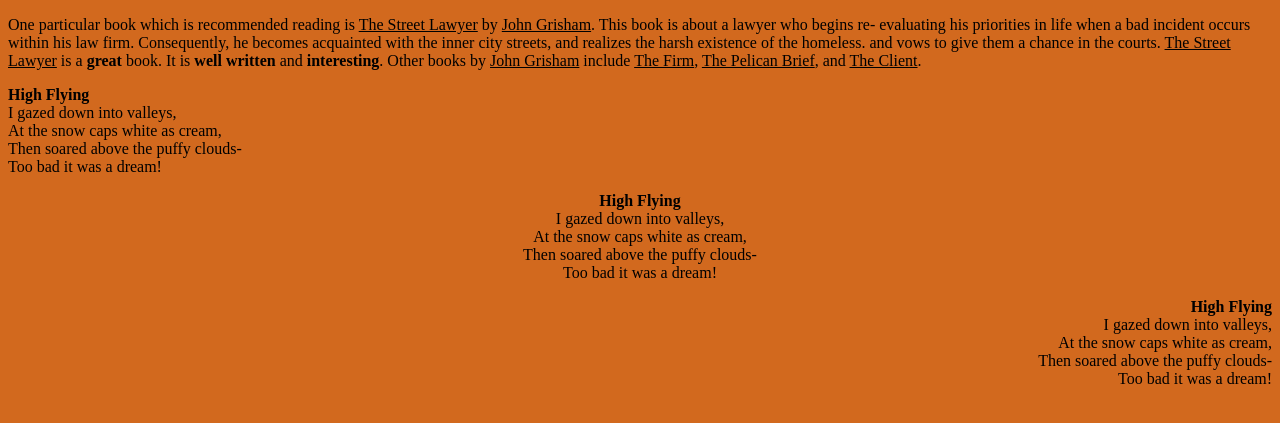
Repository: NguyenPhuSang21023391/HTCNWeb_T1-2
Page: TH_Tuan01/html/bai03.html
The author's editor kept a copy of each file at every save. The page is drawn from the files as they stood at one save, then again after the next save.
The browser window is 1280 px wide. The pictures show the whole page.

Above is the page before, as saved 2023-02-19 16:36:02.

### TH_Tuan01/html/bai03.html
<!DOCTYPE html>
<html lang="en">
  <head>
    <meta charset="UTF-8" />
    <meta http-equiv="X-UA-Compatible" content="IE=edge" />
    <meta name="viewport" content="width=device-width, initial-scale=1.0" />
    <title>Document</title>
  </head>
  <body>
    <body bgcolor="chocolate">
    <p>
      One particular book which is recommended reading is
      <u>The Street Lawyer</u> by <u>John Grisham</u>. This book is about a
      lawyer who begins re- evaluating his priorities in life when a bad
      incident occurs within his law firm. Consequently, he becomes acquainted
      with the inner city streets, and realizes the harsh existence of the
      homeless. and vows to give them a chance in the courts.
      <u>The Street Lawyer</u> is a <b>great</b> book. It is
      <b>well written</b> and <b>interesting</b>. Other books by
      <u>John Grisham</u> include <u>The Firm</u>, <u>The Pelican Brief</u>, and
      <u>The Client</u>.
    </p>

    <p style="text-align: left">
      <b>High Flying</b> <br />I gazed down into valleys, <br />At the snow caps
      white as cream,<br />Then soared above the puffy clouds- <br />Too bad it
      was a dream!
    </p>

    <p style="text-align: center">
      <b>High Flying</b> <br />I gazed down into valleys, <br />At the snow caps
      white as cream,<br />Then soared above the puffy clouds- <br />Too bad it
      was a dream!
    </p>

    <p style="text-align: right">
      <b>High Flying</b> <br />I gazed down into valleys, <br />At the snow caps
      white as cream,<br />Then soared above the puffy clouds- <br />Too bad it
      was a dream!
    </p>
  </body>
</html>

After the next save:
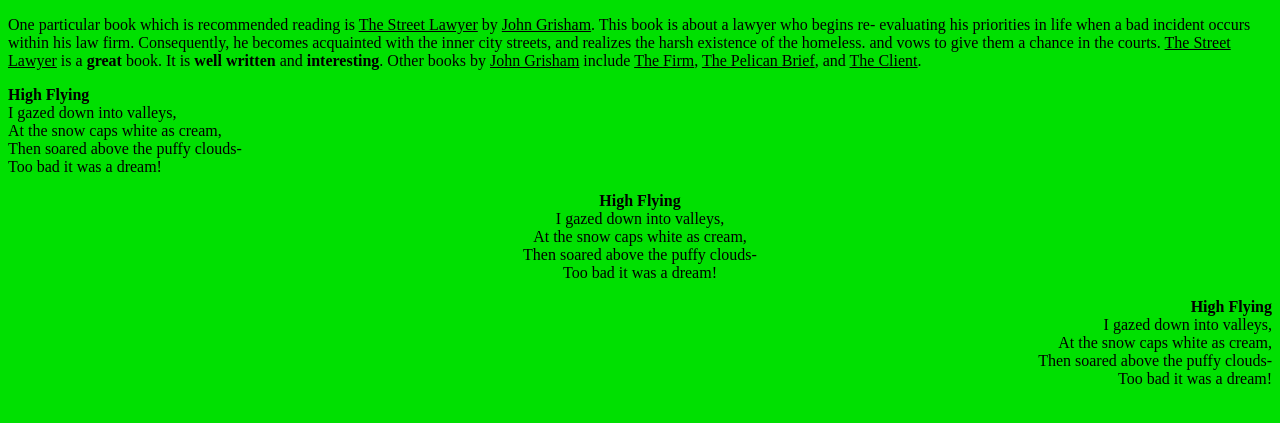
Saved 86 s later.
--- a/TH_Tuan01/html/bai03.html
+++ b/TH_Tuan01/html/bai03.html
@@ -7,7 +7,7 @@
     <title>Document</title>
   </head>
   <body>
-    <body bgcolor="chocolate">
+    <body bgcolor="goldenrot1">
     <p>
       One particular book which is recommended reading is
       <u>The Street Lawyer</u> by <u>John Grisham</u>. This book is about a
